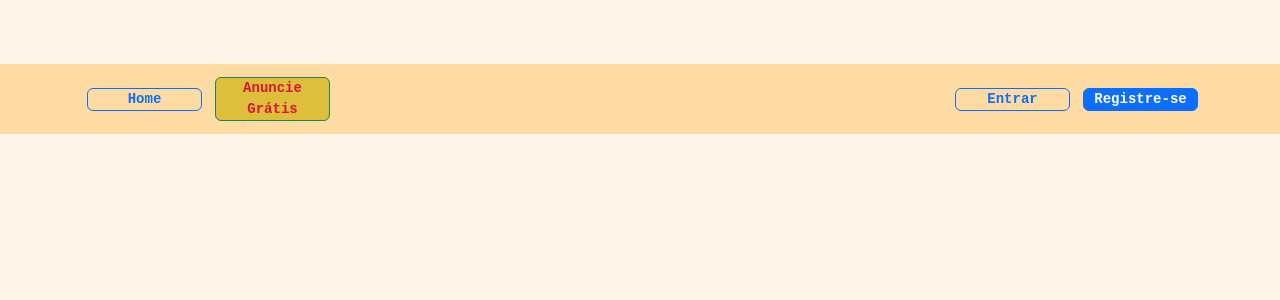
Repository: pepetata/ondetem
Page: / (app in frontend/)
An editor plug-in stored every save of this project. The page is shown before and after the next save, followed by the edit.
The browser window is 1280 px wide. The pictures show the whole page.
The project was rebuilt for these pictures with package versions that can differ from the ones it lists, and the page was loaded fresh each time. Also part of the build but not shown: frontend/vite.config.js.

Above is the page before, as saved 2025-06-11 09:39:18.

### frontend/src/main.jsx
import ReactDOM from "react-dom/client";
import { BrowserRouter as Router } from "react-router-dom";
import { Provider } from "react-redux";
// import store from "./reducers/store";
import App from "./App";
import "bootstrap/dist/css/bootstrap.min.css";
// import "./App.css";

ReactDOM.createRoot(document.getElementById("root")).render(
  // <Provider store={store}>
  // <Provider>
  <Router>
    <App />
  </Router>
  // </Provider>
);

### frontend/src/App.jsx
import { useState, useEffect, useRef } from "react";
import { useDispatch } from "react-redux";
import "./css/App.scss";
import Menu from "./components/Menu";
// import Menu from "./components/Menu";
// import Footer from "./components/Footer";
// import "./App.css";
// import { showNotification } from "./components/helper";
// import { initializeBlogs } from "./reducers/blogReducer";
// import { getUser } from "./reducers/loginReducer";

const App = () => {
  return (
    <div className="container">
      <Menu />
    </div>
  );
};

export default App;

### frontend/src/css/App.scss
@use "./_variables.scss" as *;

body {
  background: $bg-color !important;
  font-family: $body-font !important;
}

### frontend/src/components/Menu.jsx
import { Navbar, Nav, Button, Container } from "react-bootstrap";
import { Link } from "react-router-dom";
import "../css/Menu.scss"; // Import the CSS file

// Always-visible logo bar
const LogoBar = () => (
  <div className="logo-bar">
    <Link to="/">
      <img
        src="/images/logo.png"
        height="48"
        alt="Onde tem?"
        className="logo-img"
      />
    </Link>
  </div>
);

const Menu = ({ onLogin, onSignup, onNewAd }) => (
  <>
    {/* <LogoBar /> */}
    <Navbar
      // bg="light"
      expand="lg"
      fixed="top"
      className="py-2 navbar-bg-logo"
      style={{ top: 64 }} // push navbar below logo bar
    >
      <Container>
        <Navbar.Toggle aria-controls="main-navbar-nav" />
        <Navbar.Collapse id="main-navbar-nav">
          <Nav className="me-auto align-items-center">
            <Button
              as={Link}
              to="/"
              variant="outline-primary"
              className="me-2 menu-btn"
            >
              Home
            </Button>
            <Button
              variant="outline-success"
              className="me-2 menu-btn bt-add-ad"
              onClick={onNewAd}
            >
              Anuncie Grátis
            </Button>
          </Nav>
          <Nav className="ms-auto align-items-center">
            <Button
              variant="outline-primary"
              className="me-2 menu-btn"
              onClick={onLogin}
            >
              Entrar
            </Button>
            <Button variant="primary" onClick={onSignup} className="menu-btn">
              Registre-se
            </Button>
          </Nav>
        </Navbar.Collapse>
      </Container>
    </Navbar>
    {/* Add padding to push content below logo+navbar */}
    <div style={{ height: 128 }} />
  </>
);

export default Menu;

### frontend/src/css/_variables.scss
$bg-color: #fff4e5;
$logoO: #ffaa00;
$logoB: #1650a1;
$textLabel: #0896ff;
$header-color: #ffd699;
$footer-color: #ffd699;
$body-font: "Inconsolata", monospace;

### frontend/src/css/Menu.scss
@use "./_variables.scss" as *;

.logo-bar {
  background: $header-color !important;
  width: 100%;
  display: flex;
  justify-content: center;
  align-items: center;
  background: #fff;
  z-index: 1051;
  position: fixed;
  top: 0;
  left: 0;
  height: 64px;
  // border-bottom: 1px solid #eee;
}

.navbar {
  background: $header-color !important;
}

.navbar-bg-logo {
  background: rgba(255, 214, 153, 0.85) !important; // $header-color with alpha
  background-image: url("/images/logo.png");
  background-repeat: no-repeat;
  background-position: center;
  background-size: 120px auto;
  min-height: 140; // or adjust as needed
  padding-top: 24px;
  padding-bottom: 24px;
}

.logo-img {
  max-height: 48px;
}

.menu-btn {
  width: 115px; //!important;
  // height: 24px !important;
  padding: 0 !important;
  font-size: 14px !important;
  display: flex !important;
  align-items: center !important;
  justify-content: center !important;
  margin-bottom: 5px !important;
  margin-left: 5px !important;
  margin-top: 5px !important;
  // padding-top: 8px !important;
  // padding-bottom: 8px !important;
  // padding-left: 15px !important;
  font-weight: bold !important;
}

.bt-add-ad {
  background-color: #ddbf3c !important;
  color: crimson !important;
}

Loaded but not shown: frontend/index.html (common file)

After the next save:
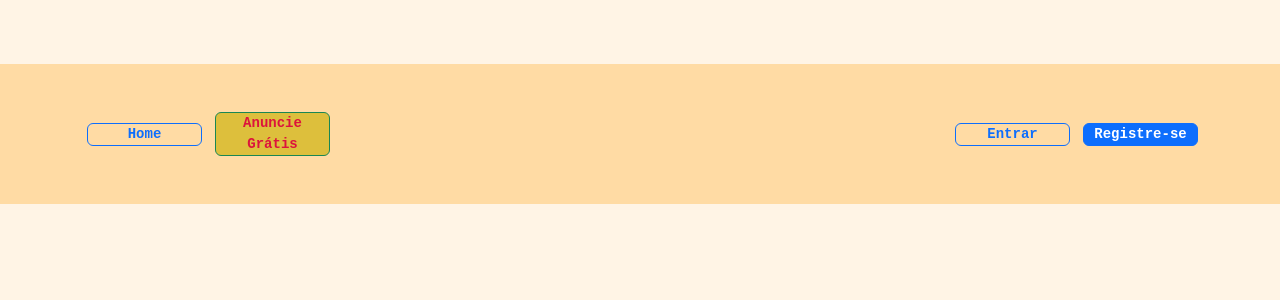
Saved 16 s later.
--- a/frontend/src/css/Menu.scss
+++ b/frontend/src/css/Menu.scss
@@ -25,7 +25,7 @@
   background-repeat: no-repeat;
   background-position: center;
   background-size: 120px auto;
-  min-height: 140; // or adjust as needed
+  min-height: 140px; // or adjust as needed
   padding-top: 24px;
   padding-bottom: 24px;
 }
